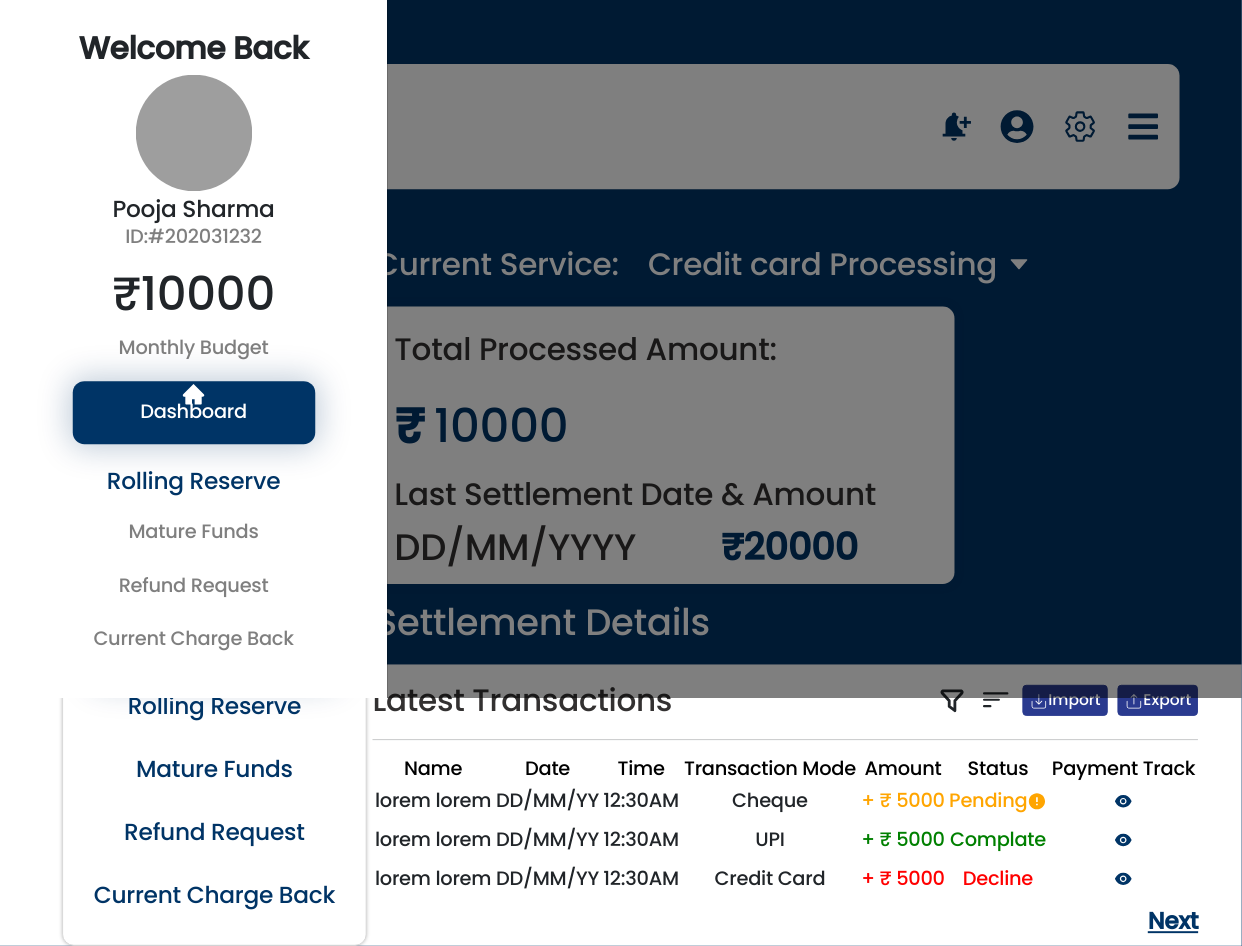
Repository: FlyweisReact/Prashant
Page: /dashboard, after clicking the first element matching `svg.bars`
An editor plug-in stored every save of this project. The page is shown before and after the next save, followed by the edit.
The browser window is 1280 px wide. The pictures show the whole page, at 97% of full size.
Pictures or frames that could not be fetched are drawn as grey boxes. Some web libraries are served in a nearby version. The project was rebuilt for these pictures with package versions that can differ from the ones it lists, and the page was loaded fresh each time. Also part of the build but not shown: src/Pages/CryptoPayment.jsx, src/Pages/CurrentCharge.jsx, src/Styles/Login.module.css, src/Components/Login/LoginFirstSection.jsx, src/Components/Login/LoginMainSection.jsx, src/Pages/Login.jsx, src/Pages/MatureFund.jsx, src/Pages/OpenBanking.jsx and 12 more.

Above is the page before, as saved 2023-03-23 18:08:56.

After the next save:
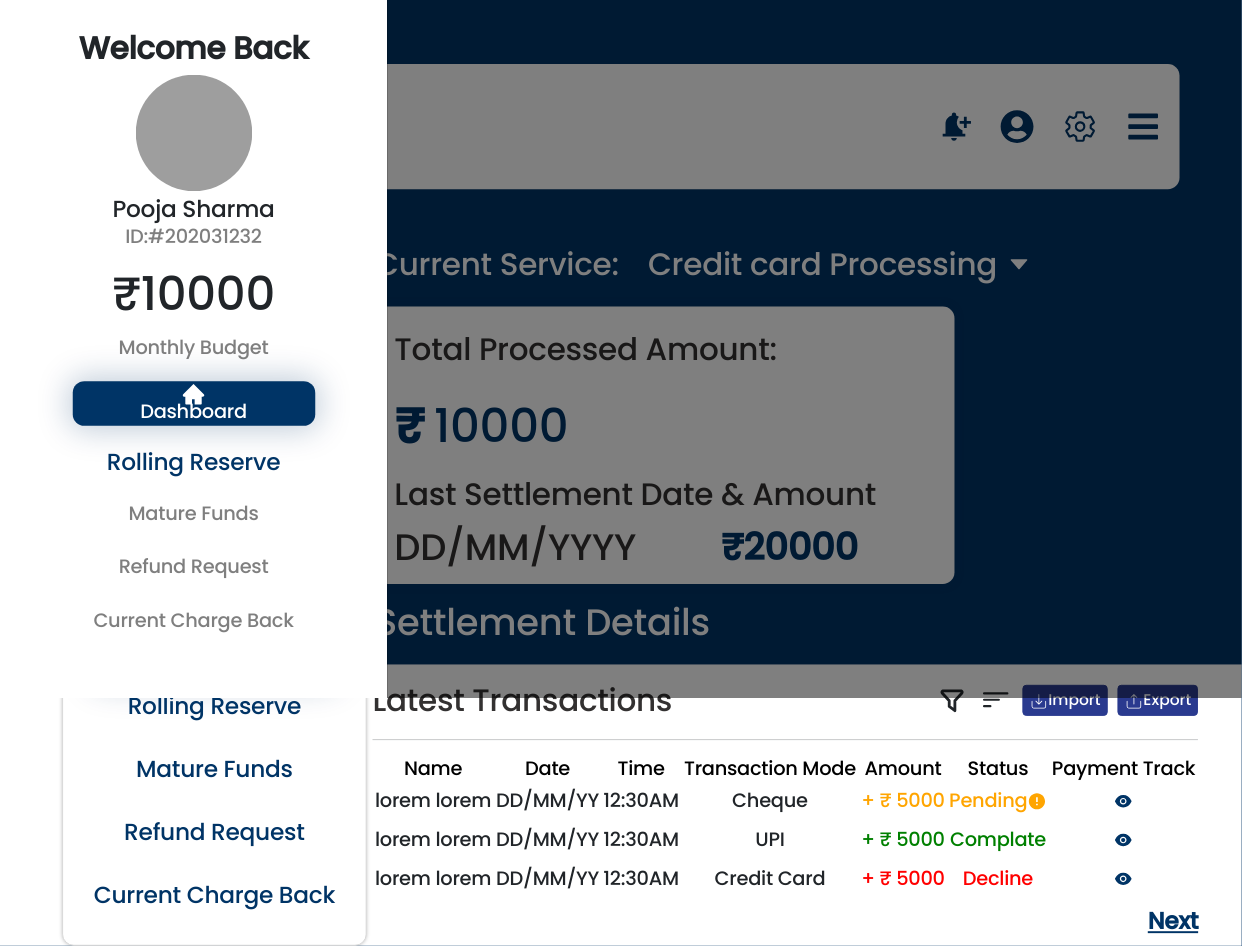
Saved 16 s later.
--- a/src/App.css
+++ b/src/App.css
@@ -207,7 +207,7 @@ color: rgba(0, 0, 0, 0.5);
 }
 .offSideBarMain .active{
   width: 250px;
-  height: 65px;
+  /* height: 65px; */
   padding-left: 10px;
   padding-right: 10px;
   background: #003466;
